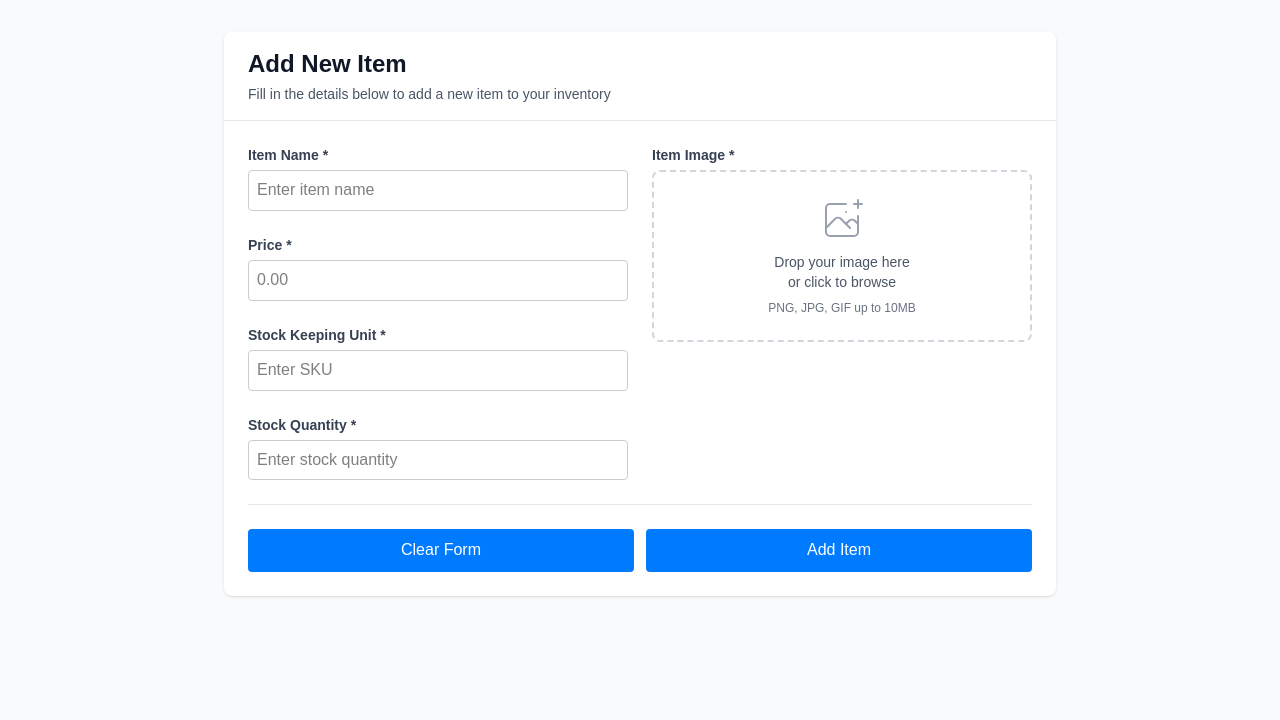
Repository: hasithadil/ms-frontend
Page: /addItem (app in my-react-app/)
An editor plug-in stored every save of this project. The page is shown before and after the next save, followed by the edit.
The browser window is 1280 px wide. The pictures show the whole page.
The project was rebuilt for these pictures with package versions that can differ from the ones it lists, and the page was loaded fresh each time. Also part of the build but not shown: my-react-app/vite.config.js, my-react-app/src/components/client/Login.jsx, my-react-app/src/components/client/Home.jsx, my-react-app/src/components/client/Order.jsx, my-react-app/src/components/client/Cart.jsx, my-react-app/src/components/wm/WmHome.jsx, my-react-app/src/components/dp/DpHome.jsx, my-react-app/src/pages/register.jsx and 2 more.

Above is the page before, as saved 2025-09-20 15:37:31.

After the next save:
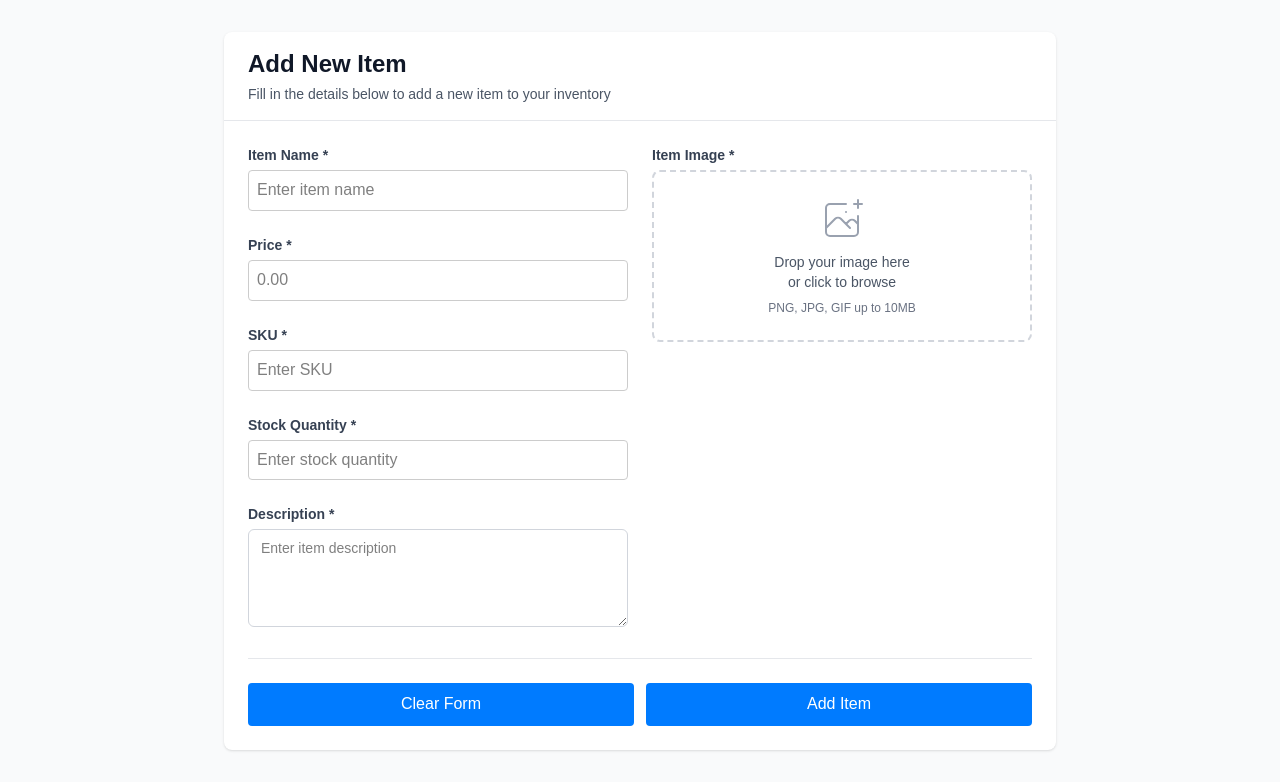
Saved 10 s later.
--- a/my-react-app/src/components/wm/AddItem.jsx
+++ b/my-react-app/src/components/wm/AddItem.jsx
@@ -7,6 +7,7 @@ export default function AddItem() {
   const [price, setPrice] = useState("");
   const [sku, setSku] = useState("");
   const [stock, setStock] = useState("");
+  const [description, setDescription] = useState("");
   const [image, setImage] = useState(null);
   const [dragActive, setDragActive] = useState(false);
   const [preview, setPreview] = useState(null);
@@ -58,11 +59,20 @@ export default function AddItem() {
   const handleSubmit = async (e) => {
     e.preventDefault();
 
+    // Get JWT token from localStorage
+    const token = localStorage.getItem('jwtToken');
+
+    if (!token) {
+      toast.error("Authentication required. Please login first.");
+      return;
+    }
+
     const formData = new FormData();
     formData.append('name', name);
     formData.append('price', parseFloat(price));
     formData.append('sku', sku);
     formData.append('stock', parseInt(stock));
+    formData.append('description', description);
     if (image) {
       formData.append('image', image);
     }
@@ -71,6 +81,7 @@ export default function AddItem() {
       const response = await axios.post("http://localhost:8085/cms/items/add", formData, {
         headers: {
           'Content-Type': 'multipart/form-data',
+          'Authorization': `Bearer ${token}`,
         },
       });
 
@@ -80,12 +91,29 @@ export default function AddItem() {
       setPrice("");
       setSku("");
       setStock("");
+      setDescription("");
       setImage(null);
       setPreview(null);
     } catch (error) {
       console.error("Error adding item:", error);
-      toast.error("Failed to add item");
-    }
+      if (error.response?.status === 401) {
+        toast.error("Authentication failed. Please login again.");
+        // Optionally redirect to login page
+        // window.location.href = '/login';
+      } else {
+        toast.error("Failed to add item");
+      }
+    }
+  };
+
+  const clearForm = () => {
+    setName("");
+    setPrice("");
+    setSku("");
+    setStock("");
+    setDescription("");
+    setImage(null);
+    setPreview(null);
   };
 
   return (
@@ -135,7 +163,7 @@ export default function AddItem() {
 
                 <div>
                   <label className="block text-sm font-medium text-gray-700 mb-2">
-                  Stock Keeping Unit *
+                    SKU *
                   </label>
                   <input
                     type="text"
@@ -159,6 +187,20 @@ export default function AddItem() {
                     required
                     className="w-full rounded-md border border-gray-300 px-3 py-2 text-sm focus:border-blue-500 focus:ring focus:ring-blue-200"
                     placeholder="Enter stock quantity"
+                  />
+                </div>
+
+                <div>
+                  <label className="block text-sm font-medium text-gray-700 mb-2">
+                    Description *
+                  </label>
+                  <textarea
+                    value={description}
+                    onChange={(e) => setDescription(e.target.value)}
+                    required
+                    rows={4}
+                    className="w-full rounded-md border border-gray-300 px-3 py-2 text-sm focus:border-blue-500 focus:ring focus:ring-blue-200"
+                    placeholder="Enter item description"
                   />
                 </div>
               </div>
@@ -241,14 +283,7 @@ export default function AddItem() {
               <button
                 type="button"
                 className="px-4 py-2 text-sm font-medium text-gray-700 bg-white border border-gray-300 rounded-md hover:bg-gray-50 focus:outline-none focus:ring-2 focus:ring-offset-2 focus:ring-blue-500"
-                onClick={() => {
-                  setName("");
-                  setPrice("");
-                  setSku("");
-                  setStock("");
-                  setImage(null);
-                  setPreview(null);
-                }}
+                onClick={clearForm}
               >
                 Clear Form
               </button>
